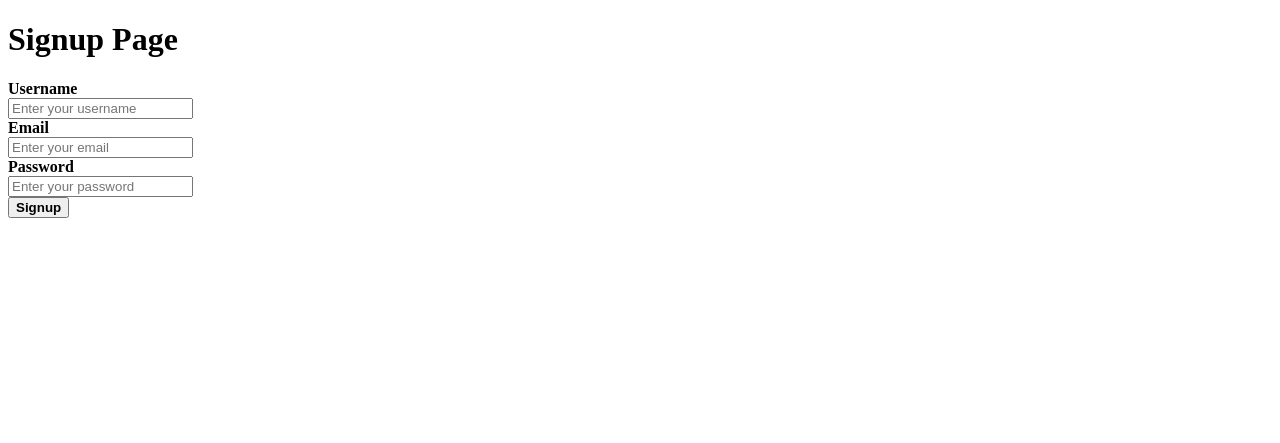
Repository: tommyshado/budget-buddy
Page: public/signup.html
The author's editor kept a copy of each file at every save. The page is drawn from the files as they stood at one save, then again after the next save.
The browser window is 1280 px wide. The pictures show the whole page.

Above is the page before, as saved 2023-12-07 12:05:30.

After the next save:
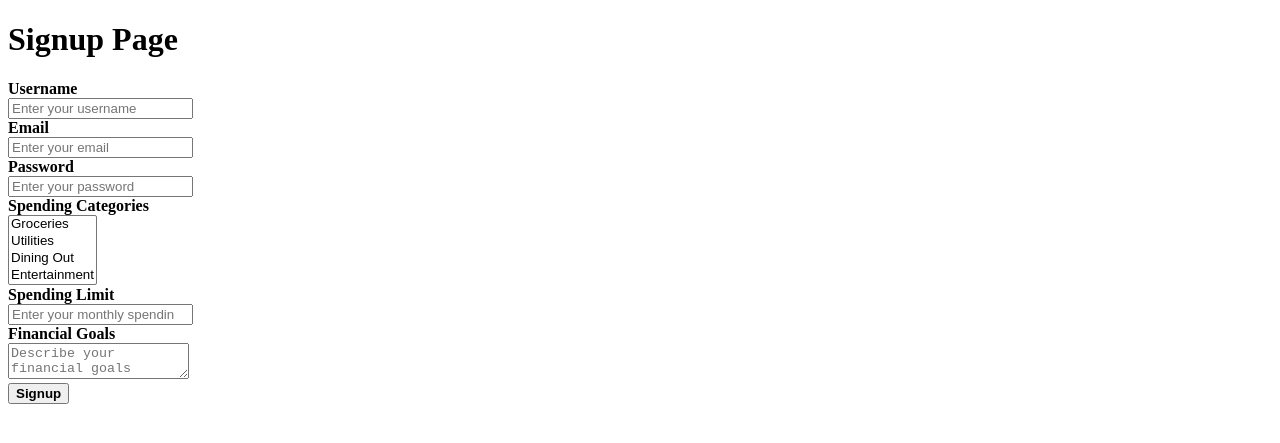
Saved 8 min 55 s later.
--- a/public/signup.html
+++ b/public/signup.html
@@ -1,77 +1,85 @@
 <!DOCTYPE html>
 <html lang="en">
-    <head>
-        <meta charset="UTF-8">
-        <meta name="viewport" content="width=device-width, initial-scale=1.0">
-        <title>Signup Page</title>
-    </head>
-    <body>
-        <div class="loginContainer">
-            <div>
-                <div class="heading">
-                    <h1>
-                        <strong>
-                            Signup Page
-                        </strong>
-                    </h1>
+<head>
+    <meta charset="UTF-8">
+    <meta name="viewport" content="width=device-width, initial-scale=1.0">
+    <title>Signup Page</title>
+</head>
+<body>
+    <div class="loginContainer">
+        <div>
+            <div class="heading">
+                <h1><strong>Signup Page</strong></h1>
+            </div>
+
+            <!-- message section -->
+            <div class="message"></div>
+
+            <div class="signupForm">
+                <!-- Username -->
+                <div>
+                    <label for="username"><strong>Username</strong></label>
+                    <div>
+                        <input name="username" class="username" type="text" placeholder="Enter your username" required />
+                    </div>
                 </div>
 
-                <!-- messsage section -->
-                <div class="message"></div>
-
-                <div class="signupForm">
-                        <div>
-                            <label for="username">
-                                <strong>
-                                    Username
-                                </strong>
-                            </label>
-
-                            <div>
-                                <input name="username" class="username" type="text" placeholder="Enter your username" required />
-                            </div>
-                        </div>
-
-                        <div>
-                            <label for="username">
-                                <strong>
-                                    Email
-                                </strong>
-                            </label>
-
-                            <div>
-                                <input name="email" class="email" type="text" placeholder="Enter your email" required />
-                            </div>
-                        </div>
-
-                        <div>
-                            <label for="password">
-                                <strong>
-                                    Password
-                                </strong>
-                            </label>
-
-                            <div>
-                                <input name="password" class="password" type="password" placeholder="Enter your password" required />
-                            </div>
-                        </div>
+                <!-- Email -->
+                <div>
+                    <label for="email"><strong>Email</strong></label>
+                    <div>
+                        <input name="email" class="email" type="email" placeholder="Enter your email" required />
+                    </div>
                 </div>
 
+                <!-- Password -->
                 <div>
+                    <label for="password"><strong>Password</strong></label>
                     <div>
-                        <button type="button" class="signupBtn">
-                            <strong>
-                                Signup
-                            </strong>
-                        </button>
+                        <input name="password" class="password" type="password" placeholder="Enter your password" required />
+                    </div>
+                </div>
 
+                <!-- Spending Categories -->
+                <div>
+                    <label for="categories"><strong>Spending Categories</strong></label>
+                    <div>
+                        <select name="categories" class="categories" multiple required>
+                            <option value="groceries">Groceries</option>
+                            <option value="utilities">Utilities</option>
+                            <option value="dining">Dining Out</option>
+                            <option value="entertainment">Entertainment</option>
+                            <!-- Add more options as needed -->
+                        </select>
                     </div>
+                </div>
+
+                <!-- Spending Limit -->
+                <div>
+                    <label for="spendingLimit"><strong>Spending Limit</strong></label>
+                    <div>
+                        <input name="spendingLimit" class="spendingLimit" type="number" placeholder="Enter your monthly spending limit" required />
+                    </div>
+                </div>
+
+                <!-- Financial Goals -->
+                <div>
+                    <label for="financialGoals"><strong>Financial Goals</strong></label>
+                    <div>
+                        <textarea name="financialGoals" class="financialGoals" placeholder="Describe your financial goals" required></textarea>
+                    </div>
+                </div>
+
+                <!-- Signup Button -->
+                <div>
+                    <button type="button" class="signupBtn"><strong>Signup</strong></button>
                 </div>
             </div>
         </div>
-    </body>
+    </div>
 
     <!-- js script tags -->
     <script src="./js/signup.js"></script>
     <script src="https://cdn.jsdelivr.net/npm/axios/dist/axios.min.js"></script>
+</body>
 </html>
